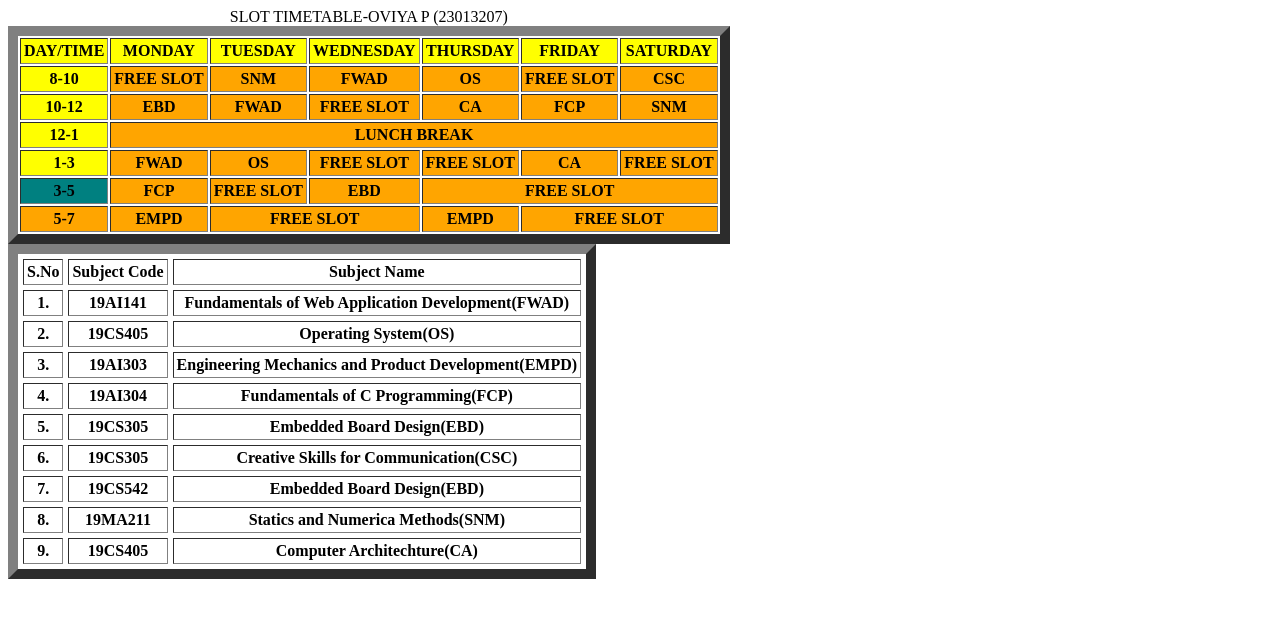
Repository: Oviya24032K6/slot
Page: oviya/static/time.html
The author's editor kept a copy of each file at every save. The page is drawn from the files as they stood at one save, then again after the next save.
The browser window is 1280 px wide. The pictures show the whole page.

Above is the page before, as saved 2024-03-15 20:39:28.

### oviya/static/time.html
<html>
    <head>
        <title>SLOT TIMETABLE-OVIYA P (23013207)</title>
    </head>
    <body bgcolor="white" align="center" >
    <table align="left" border="10" cellspacing="2" cellpadding="3">
    <caption>SLOT TIMETABLE-OVIYA P (23013207)</caption>
        <tr>
            <th bgcolor="yellow">DAY/TIME</th>
            <th bgcolor="yellow">MONDAY</th>
            <th bgcolor="yellow">TUESDAY</th>
            <th bgcolor="yellow">WEDNESDAY</th>
            <th bgcolor="yellow">THURSDAY</th>
            <th bgcolor="yellow">FRIDAY</th>
            <th bgcolor="yellow">SATURDAY</th>
        </tr>
        <tr>
            <th bgcolor="yellow">8-10</th>
            <th bgcolor="orange">FREE SLOT</th>
            <th bgcolor="orange">SNM</th>
            <th bgcolor="orange">FWAD</th>
            <th bgcolor="orange">OS</th>
            <th bgcolor="orange">FREE SLOT</th>
            <th bgcolor="orange">CSC</th>
        </tr>
        <tr>
            <th bgcolor="yellow">10-12</th>
            <th bgcolor="orange">EBD</th>
            <th bgcolor="orange">FWAD</th>
            <th bgcolor="orange">FREE SLOT</th>
            <th bgcolor="orange">CA</th>
            <th bgcolor="orange">FCP</th>
            <th bgcolor="orange">SNM</th>
        </tr>
        <tr>
            <th bgcolor="yellow">12-1</th>
            <th bgcolor="orange" colspan="6">LUNCH BREAK</th>
        </tr>
        <tr>
            <th bgcolor="yellow">1-3</th>
            <th bgcolor="orange">FWAD</th>
            <th bgcolor="orange">OS</th>
            <th bgcolor="orange">FREE SLOT</th>
            <th bgcolor="orange">FREE SLOT</th>
            <th bgcolor="orange">CA</th>
            <th bgcolor="orange">FREE SLOT</th>
        </tr>
        <tr>
            <th bgcolor="teal">3-5</th>
            <th bgcolor="orange">FCP</th>
            <th bgcolor="orange">FREE SLOT</th>
            <th bgcolor="orange">EBD</th>
            <th bgcolor="orange" colspan="4">FREE SLOT</th>
        </tr>
        <tr>
            <th bgcolor="orange">5-7</th>
            <th bgcolor="orange" >EMPD</th>
            <th bgcolor="orange" colspan="2">FREE SLOT</th>
            <th bgcolor="orange" >EMPD</th>
            <th bgcolor="orange" colspan="2">FREE SLOT</th>

        </tr>

    </table>
    <br>
    <br>
    <table align="left" border="10" cellspacing="5" cellpadding="3">
        <tr>
            <th>S.No</th>
            <th>Subject Code</th>
            <th>Subject Name</th>
        </tr>
        <tr>
            <th>1.</th>
            <th>19AI141</th>
            <th>Fundamentals of Web Application Development(FWAD)</th>
        </tr>
        <tr>
            <th>2.</th>
            <th>19CS405</th>
            <th>Operating System(OS)</th>
        </tr>
        <tr>
            <th>3.</th>
            <th>19AI303</th>
            <th>Engineering Mechanics and Product Development(EMPD)</th>
        </tr>
        <tr>
            <th>4.</th>
            <th>19AI304</th>
            <th>Fundamentals of C Programming(FCP)</th>
        </tr>
        <tr>
            <th>5.</th>
            <th>19CS305</th>
            <th>Embedded Board Design(EBD)</th>
        </tr>
        <tr>
            <th>6.</th>
            <th>19CS305</th>
            <th>Creative Skills for Communication(CSC)</th>
        </tr>
        <tr>
            <th>7.</th>
            <th>19CS542</th>
            <th>Embedded Board Design(EBD)</th>
        </tr>
        <tr>
            <th>8.</th>
            <th>19MA211</th>
            <th>Statics and Numerica Methods(SNM)</th>
        </tr>
        <tr>
            <th>9.</th>
            <th>19CS405</th>
            <th>Computer Architechture(CA)</th>
        </tr>
    </table>
</body>
</html>
</html>

After the next save:
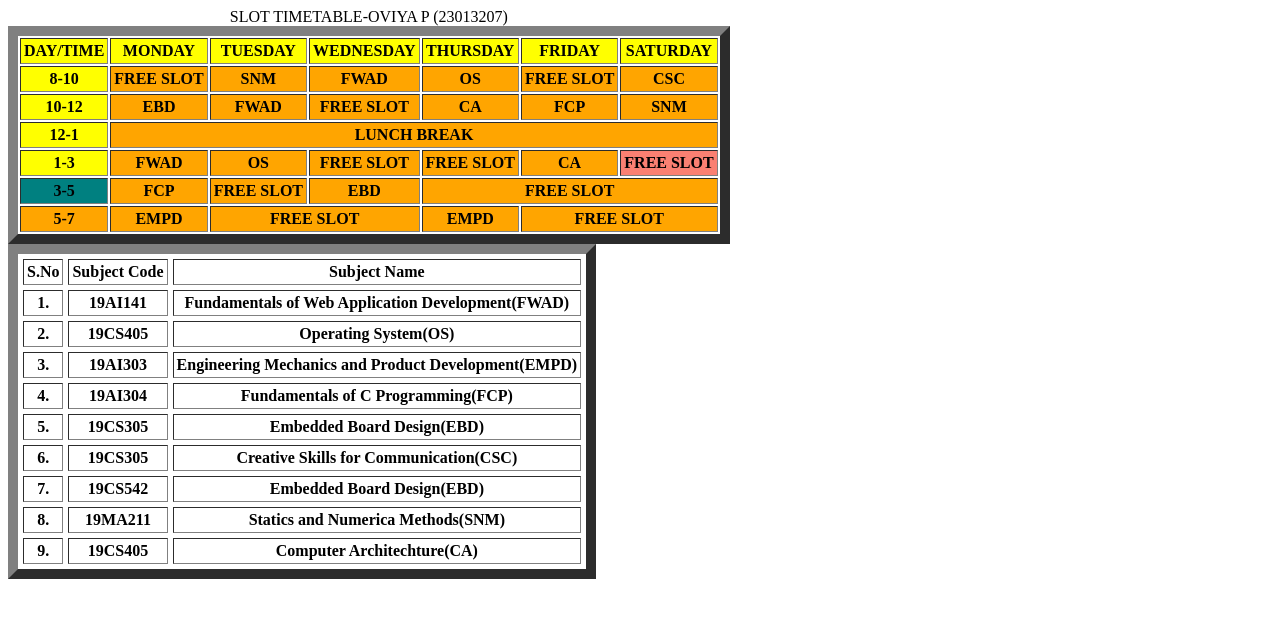
Saved 21 s later.
--- a/oviya/static/time.html
+++ b/oviya/static/time.html
@@ -43,7 +43,7 @@
             <th bgcolor="orange">FREE SLOT</th>
             <th bgcolor="orange">FREE SLOT</th>
             <th bgcolor="orange">CA</th>
-            <th bgcolor="orange">FREE SLOT</th>
+            <th bgcolor="salmon">FREE SLOT</th>
         </tr>
         <tr>
             <th bgcolor="teal">3-5</th>
